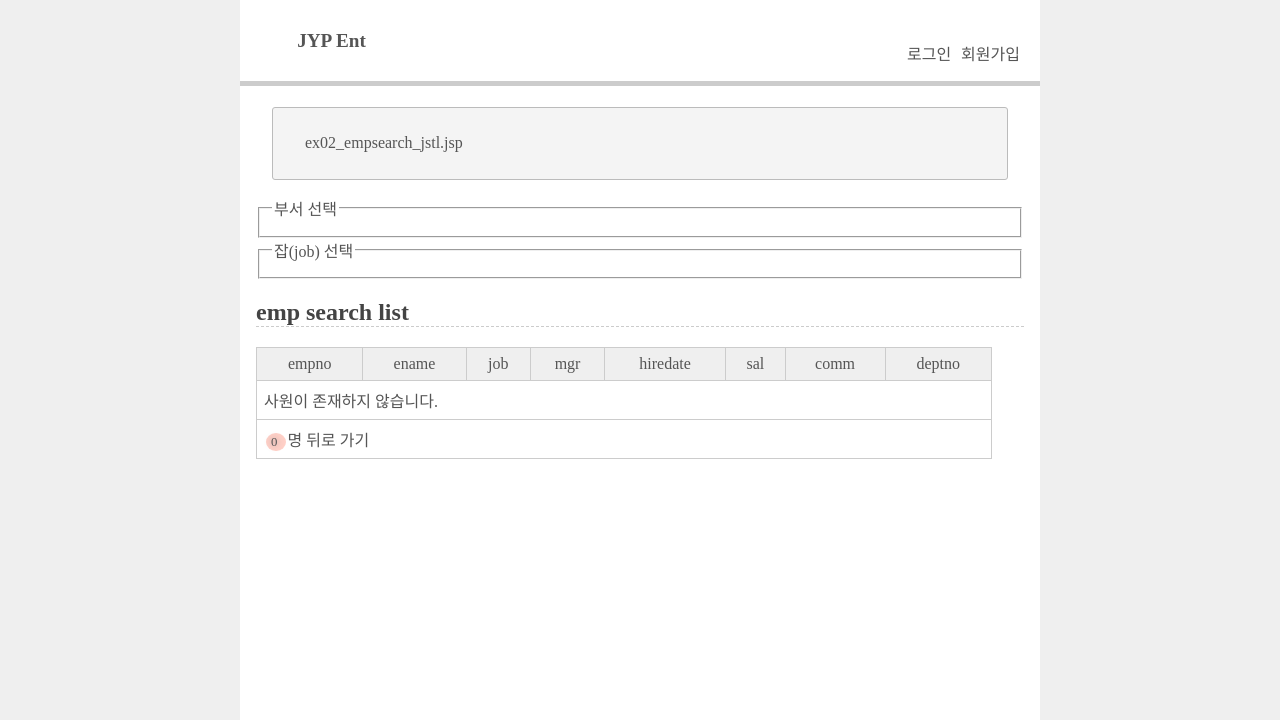
Repository: jyoons00/JSP-sample
Page: http://localhost/jspPro/days04/ex02_empsearch_jstl.jsp
The author's editor kept a copy of each file at every save. The page is drawn from the files as they stood at one save, then again after the next save.
The browser window is 1280 px wide. The pictures show the whole page.
Some web fonts or font styles are not loaded; a fallback is used. The page is served by Tomcat 9. The template is opened directly, without the code that normally fills it, so the values that code supplies are empty.

Above is the page before, as saved 2024-10-18 05:18:46.

After the next save:
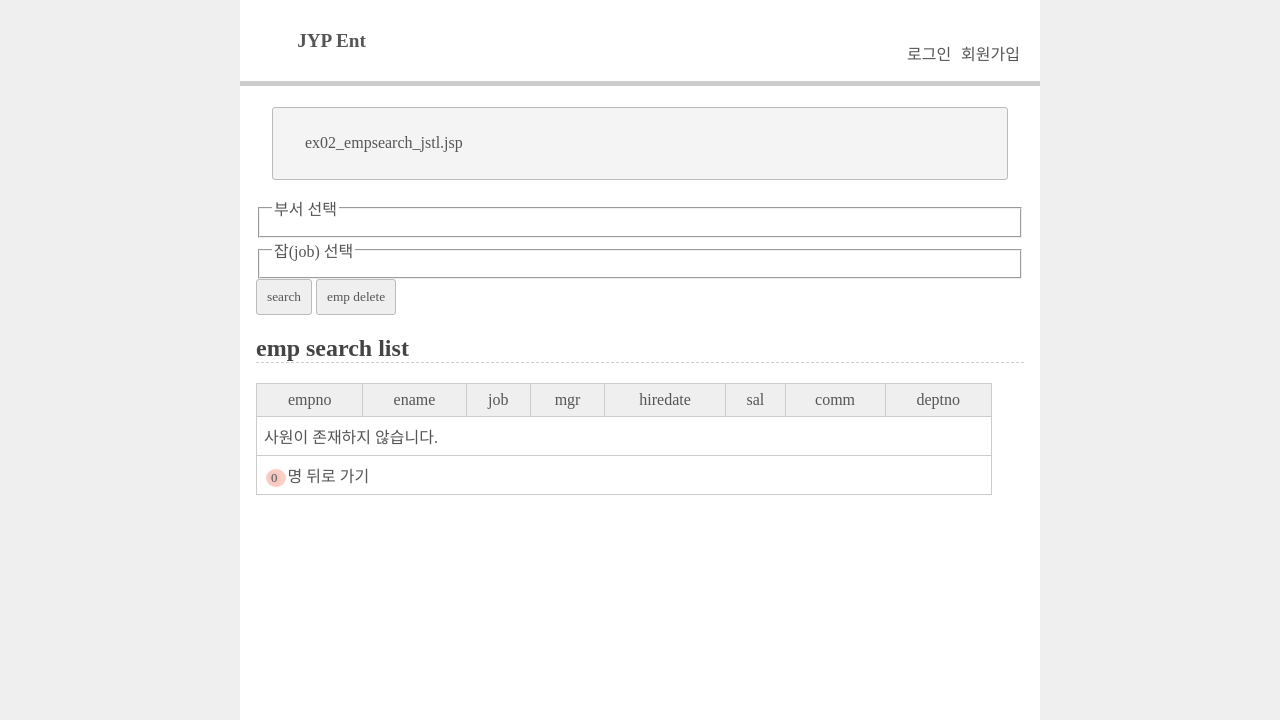
Saved 119 s later.
--- a/jspPro/src/main/webapp/days04/ex02_empsearch_jstl.jsp
+++ b/jspPro/src/main/webapp/days04/ex02_empsearch_jstl.jsp
@@ -53,6 +53,9 @@
          <label for="job-${ job }">${ job }</label>
         </c:forEach>
      </fieldset>
+
+     <input type="submit" value="search">
+     <input type="button" value="emp delete">
   </form>
 
   <!-- ex01.emp_jstl.jsp -->
